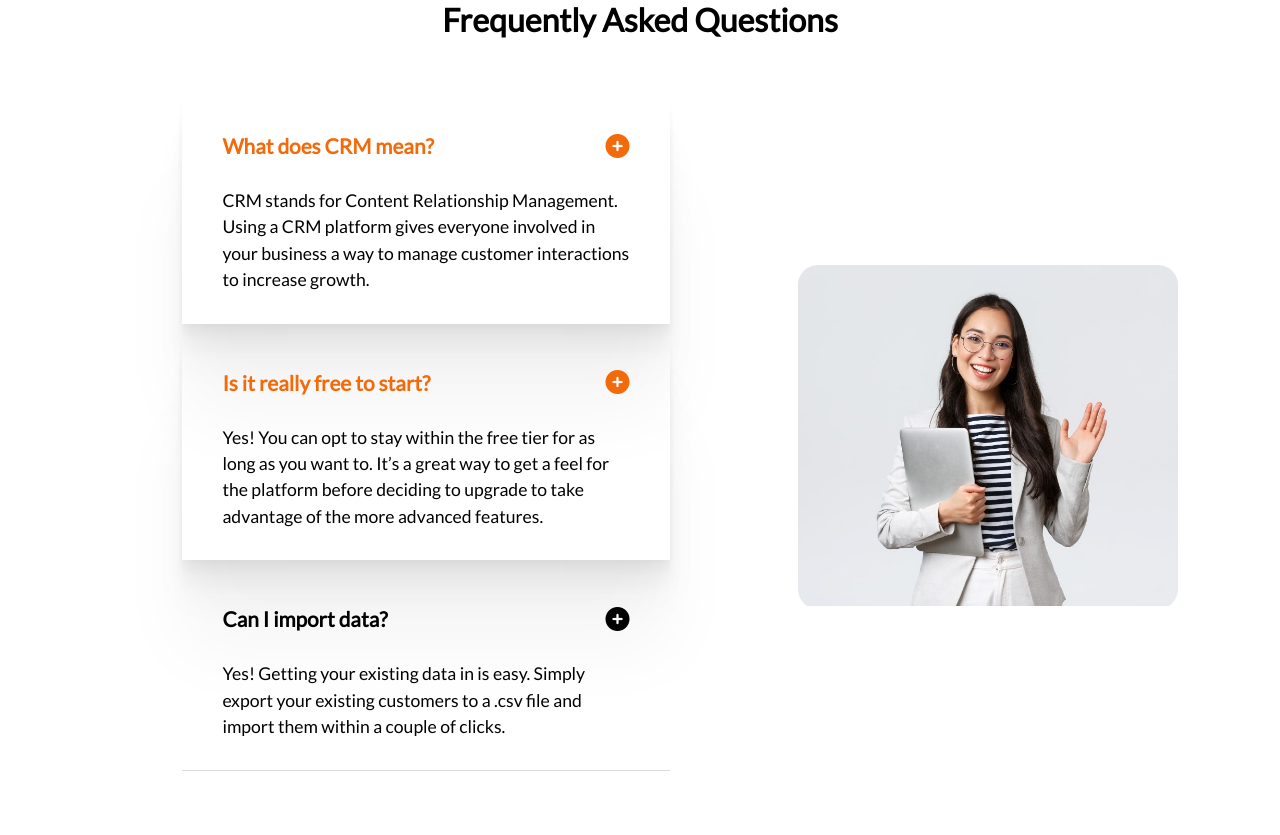
Repository: emiliaiwu/faq_component
Page: index.html
These files come from the project's save history. The page is drawn as it stood at one moment and after the next save; the edit follows.
The browser window is 1280 px wide. The pictures show the whole page.
Some web libraries are served in a nearby version.

Above is the page before, as saved 2022-12-13 16:39:33.

After the next save:
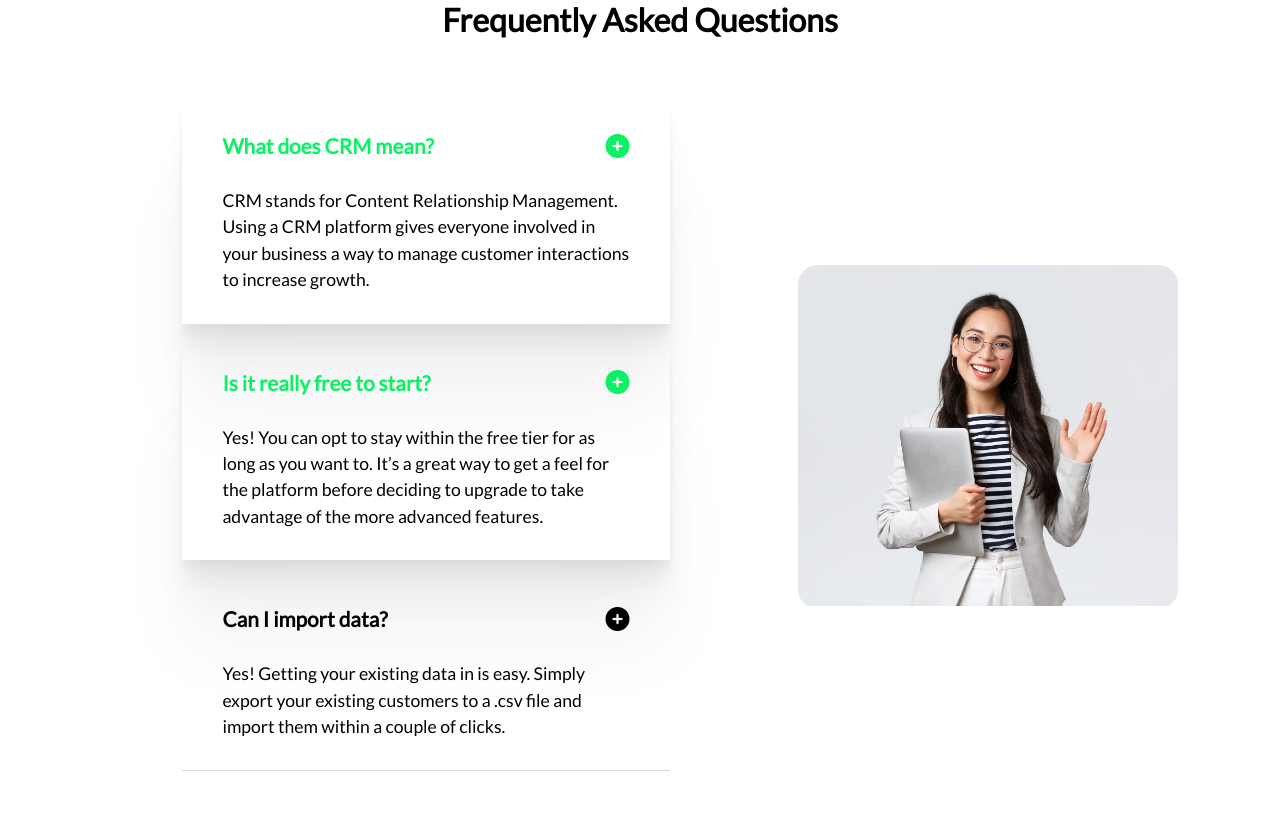
Saved 9 s later.
--- a/style.css
+++ b/style.css
@@ -105,7 +105,7 @@ img {
 }
 
 .faq_content.active .faq_header {
-    color:rgb(242, 106, 10)
+    color:rgb(10, 242, 99)
 }
 
 
